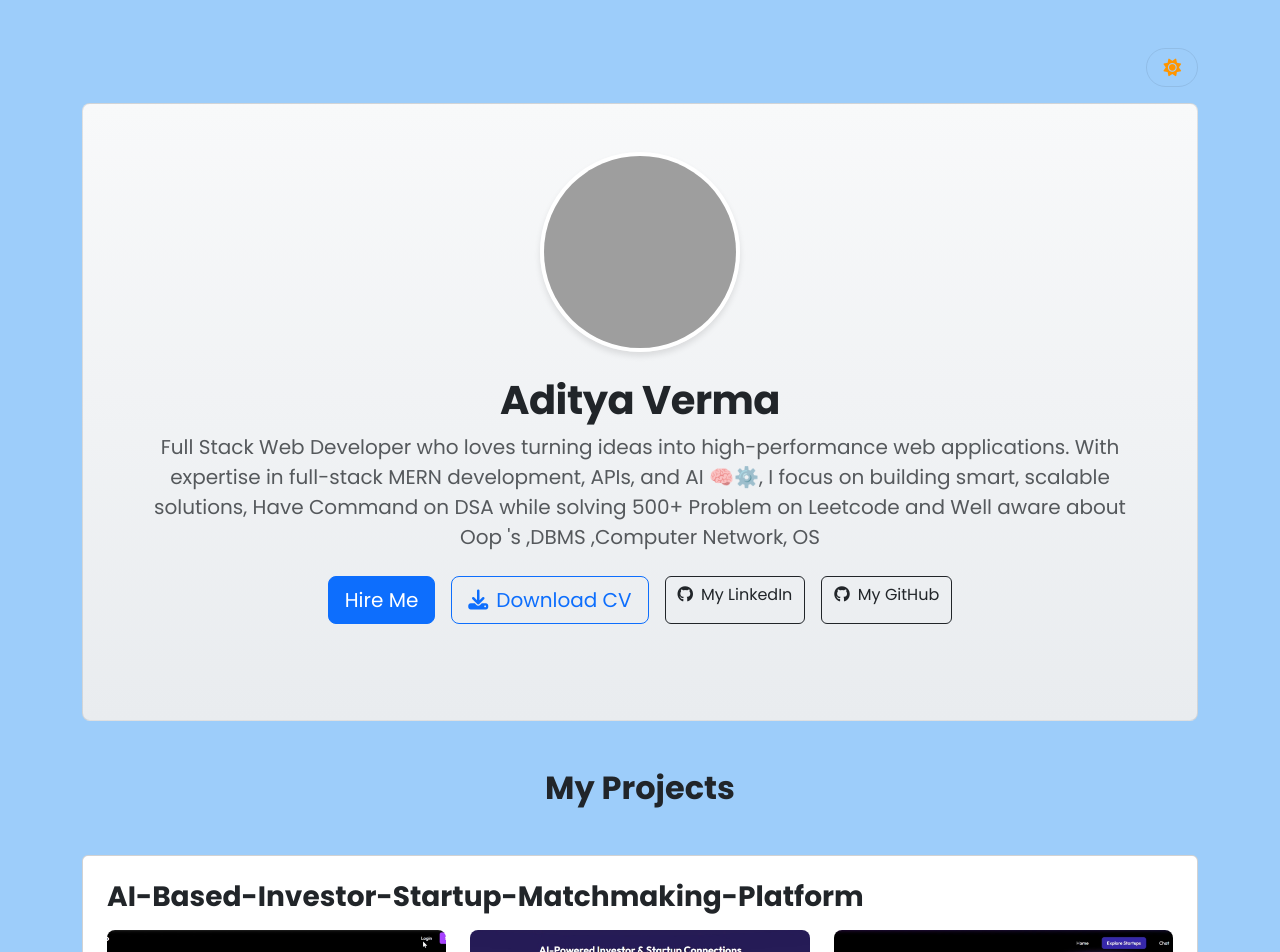
Repository: AdityaTech-Pro/Portfolio-Aditya-Verma
Page: Aditya Portfolio/index.html
The author's editor kept a copy of each file at every save. The page is drawn from the files as they stood at one save, then again after the next save.
The browser window is 1280 px wide. The pictures show the part of the page from y = 0 to 952 px (the page is 4999 px tall).
Pictures or frames that could not be fetched are drawn as grey boxes.

Above is the page before, as saved 2026-01-07 23:26:55.
Console error: TypeError: Cannot read properties of null (reading 'addEventListener')

### Aditya Portfolio/index.html
<!DOCTYPE html>
<html lang="en">

<head>
    <meta charset="UTF-8">
    <meta name="viewport" content="width=device-width, initial-scale=1.0">
    <title>My Portfolio - Bootstrap Utilities</title>
    <!-- Bootstrap CSS -->
    <link href="https://cdn.jsdelivr.net/npm/bootstrap@5.3.2/dist/css/bootstrap.min.css" rel="stylesheet">
    <!-- Font Awesome for icons -->
    <link rel="stylesheet" href="https://cdnjs.cloudflare.com/ajax/libs/font-awesome/6.4.2/css/all.min.css">
    <!-- Google Font: Poppins -->
    <link href="https://fonts.googleapis.com/css2?family=Poppins:wght@300;400;600;700&display=swap" rel="stylesheet">
    <!-- Local custom styles -->
    <link rel="stylesheet" href="styles.css">
    <style>
        /* Custom styles to complement Bootstrap */

         :root {
            --bg: #9dcdfa;
            --card-bg: #ffffff;
            --accent: #0d6efd;
            --text: #212529;
        }

        body {
            background-color: var(--bg);
            color: var(--text);
            transition: background-color 0.3s ease, color 0.3s ease;
        }

        .profile-section {
            background: linear-gradient(to bottom, #f8f9fa, #e9ecef);
            transition: transform 0.3s ease, background 0.3s ease;
        }
        /* Top bar with theme toggle */

        .topbar {
            display: flex;
            justify-content: flex-end;
            align-items: center;
            gap: 1rem;
            margin-bottom: 1rem;
        }

        .theme-toggle {
            display: inline-flex;
            align-items: center;
            gap: 0.5rem;
            background: transparent;
            border: 1px solid rgba(0, 0, 0, 0.08);
            padding: 0.6rem 1rem;
            border-radius: 999px;
            cursor: pointer;
            color: var(--text);
            transition: all 0.3s ease;
        }

        .theme-toggle:hover {
            background: rgba(0, 0, 0, 0.05);
            transform: translateY(-1px);
        }

        .theme-toggle:active {
            transform: translateY(1px);
        }

        .theme-toggle i {
            font-size: 1.1rem;
        }

        .theme-toggle .fa-sun {
            color: #ff9500;
        }

        .theme-toggle .fa-moon {
            display: none;
            color: #6366f1;
        }

        .dark-theme .theme-toggle .fa-sun {
            display: none;
        }

        .dark-theme .theme-toggle .fa-moon {
            display: inline-block;
        }

        .btn-custom {
            transition: transform 0.3s ease;
        }

        .btn-custom:hover {
            transform: translateY(-2px);
        }

        .form-control:focus {
            box-shadow: 0 0 0 0.25rem rgba(13, 110, 253, 0.2);
        }

        .profile-img {
            width: 200px;
            height: 200px;
            object-fit: cover;
            border: 4px solid white;
            box-shadow: 0 4px 6px rgba(0, 0, 0, 0.1);
            transition: transform 0.25s ease;
        }

        .profile-img:hover {
            transform: scale(1.03);
        }
        /* Dark theme overrides */

        body.dark-theme {
            --bg: #0f1724;
            --card-bg: #111827;
            --muted: #9ca3af;
            --accent: #60a5fa;
            --text: #e6eef8;
        }

        .dark-theme .profile-section {
            background: linear-gradient(180deg, rgba(255, 255, 255, 0.02), rgba(255, 255, 255, 0.01));
        }

        .dark-theme .bg-light {
            background-color: #0b1220 !important;
            color: var(--text) !important;
            border: 1px solid rgba(255, 255, 255, 0.04);
        }

        .dark-theme .text-muted {
            color: var(--muted) !important;
        }

        .dark-theme .theme-toggle {
            border-color: rgba(255, 255, 255, 0.1);
        }

        .dark-theme .theme-toggle:hover {
            background: rgba(255, 255, 255, 0.05);
        }
        /* Small polish */

        .max-width-500 {
            max-width: 500px;
        }

        footer a {
            color: inherit;
        }

        @media (max-width: 768px) {
            .profile-img {
                width: 150px;
                height: 150px;
            }
            .topbar {
                justify-content: center;
            }
        }
        /* Project section styles */

        .project-img {
            height: 250px;
            object-fit: cover;
            border-radius: 8px;
        }

        .project-card {
            transition: transform 0.3s ease;
            background: var(--card-bg);
        }

        .project-card:hover {
            transform: translateY(-5px);
        }

        .project-links a {
            transition: opacity 0.3s ease;
        }

        .project-links a:hover {
            opacity: 0.8;
        }

        .video-container {
            position: relative;
            padding-bottom: 56.25%;
            /* 16:9 aspect ratio */
            height: 0;
            overflow: hidden;
            border-radius: 8px;
        }

        .video-container iframe {
            position: absolute;
            top: 0;
            left: 0;
            width: 100%;
            height: 100%;
            border: 0;
        }
    </style>
</head>

<body>
    <!-- Main Container -->
    <div class="container py-5">
        <!-- Top bar: theme toggle and quick actions -->
        <div class="topbar">
            <button id="themeToggle" class="theme-toggle" aria-pressed="false" aria-label="Toggle dark mode">
                <i class="fas fa-sun" aria-hidden="true"></i>
                <i class="fas fa-moon" aria-hidden="true"></i>
                <span class="visually-hidden">Toggle theme</span>
            </button>
        </div>
        <!-- Profile Section -->
        <section class="profile-section p-5 rounded-3 text-center mb-5">
            <img src="https://avatars.githubusercontent.com/u/219658559?s=400&u=7e5a78b2bf82817b3f897e4e53b1019b24af58ee&v=4" alt="Profile Picture" class="profile-img img-fluid rounded-circle mb-4">

            <h1 class="fw-bold mb-2">Aditya Verma</h1>
            <p class="text-muted fs-5 mb-4">Full Stack Web Developer who loves turning ideas into high-performance web applications. With expertise in full-stack MERN development, APIs, and AI 🧠⚙️, I focus on building smart, scalable solutions, Have Command on DSA while solving 500+
                Problem on Leetcode and Well aware about Oop 's ,DBMS ,Computer Network, OS</p>

            <!-- Action Buttons -->
            <div class="d-flex justify-content-center gap-3 mb-5">
                <button class="btn btn-primary btn-lg btn-custom">
                    Hire Me
                </button>
                <a href="./assets/Updated_Aditya_2Resume_by GLAFormat.pdf" class="btn btn-outline-primary btn-lg btn-custom" download>
                    <i class="fas fa-download me-2"></i>Download CV
                </a>
                <a href="www.linkedin.com/in/9905adityaverma" class="btn btn-outline-dark " target="_blank ">
                    <i class="fab fa-github me-2 "></i>My LinkedIn
                </a>
                <a href="https://github.com/AdityaTech-Pro" class="btn btn-outline-dark " target="_blank ">
                    <i class="fab fa-github me-2 "></i>My GitHub
                </a>

            </div>
        </section>

        <!-- Projects Section -->
        <section class="mb-5">
            <h2 class="text-center fw-bold mb-5"> My Projects</h2>

            <!--Project1-->
            <div class="card project-card mb-5">
                <div class="card-body p-4">
                    <h3 class="card-title fw-bold mb-3">AI-Based-Investor-Startup-Matchmaking-Platform</h3>

                    <!-- Project Images -->
                    <div class="row g-4 mb-4">
                        <div class="col-md-4">
                            <img src="./assets/P1a.png" alt="Project Screenshot 1" class="project-img img-fluid w-100">
                        </div>
                        <div class="col-md-4">
                            <img src="./assets/P1b.png" alt="Project Screenshot 2" class="project-img img-fluid w-100">
                        </div>
                        <div class="col-md-4">
                            <img src="./assets/P1c.png" alt="Project Screenshot 3" class="project-img img-fluid w-100">
                        </div>
                    </div>

                    <!-- Project Video -->
                    <div class="video-container mb-4">
                        <iframe src="./assets/Project (AI based S&IP).mp4" title="Project Demo " allow="accelerometer; autoplay; clipboard-write; encrypted-media; gyroscope; picture-in-picture " allowfullscreen></iframe>
                    </div>

                    <!-- Project Description -->
                    <p class="card-text mb-4 ">
                        An innovative platform that uses artificial intelligence to match investors with promising startups based on various parameters including industry focus, investment stage, funding requirements, and growth metrics.
                    </p>

                    <!-- Project Links -->
                    <div class="project-links d-flex gap-3 ">
                        <a href="http://localhost:3000 " class="btn btn-outline-primary " target="_blank ">
                            <i class="fas fa-laptop-code me-2 "></i>Live Demo
                        </a>
                        <a href="https://github.com/KS-Vijay/AI-Based-Investor-Startup-Matchmaking-Platform " class="btn btn-outline-dark " target="_blank ">
                            <i class="fab fa-github me-2 "></i>GitHub Repository
                        </a>
                    </div>
                </div>
            </div>

            <!--Project2-->
            <div class="card project-card mb-5 ">
                <div class="card-body p-4 ">
                    <h3 class="card-title fw-bold mb-3 ">Lung Cancer Detection using Convolutional Neural Network (CNN)</h3>

                    <!-- Project Images -->
                    <div class="row g-4 mb-4 ">
                        <div class="col-md-4 ">
                            <img src="./assets/P2a.png " alt="Project Screenshot 1 " class="project-img img-fluid w-100 ">
                        </div>
                        <div class="col-md-4 ">
                            <img src="./assets/P2b.png " alt="Project Screenshot 2 " class="project-img img-fluid w-100 ">
                        </div>
                        <div class="col-md-4 ">
                            <img src="./assets/P2c.png " alt="Project Screenshot 3 " class="project-img img-fluid w-100 ">
                        </div>
                    </div>

                    <!-- Project Video -->
                    <div class="video-container mb-4 ">
                        <iframe src="./assets/Project Lung Cancer Detection using Full Stack MERN and AIML CNN Model.mp4 " title="Project Demo " allow="accelerometer; autoplay; clipboard-write; encrypted-media; gyroscope; picture-in-picture " allowfullscreen></iframe>
                    </div>

                    <!-- Project Description -->
                    <p class="card-text mb-4 ">
                        An innovative platform that uses artificial intelligence to match investors with promising startups based on various parameters including industry focus, investment stage, funding requirements, and growth metrics.
                    </p>

                    <!-- Project Links -->
                    <div class="project-links d-flex gap-3 ">
                        <a href="http://localhost:3000 " class="btn btn-outline-primary " target="_blank ">
                            <i class="fas fa-laptop-code me-2 "></i>Live Demo
                        </a>
                        <a href="https://github.com/AdityaTech-Pro/Lung-Cancer-Detection-using-Convolutional-Neural-Network" class="btn btn-outline-dark " target="_blank ">
                            <i class="fab fa-github me-2 "></i>GitHub Repository
                        </a>
                    </div>
                </div>
            </div>

            <!--Project3-->
            <div class="card project-card mb-5 ">
                <div class="card-body p-4 ">
                    <h3 class="card-title fw-bold mb-3 ">Braj Museum</h3>

                    <!-- Project Images -->
                    <div class="row g-4 mb-4 ">
                        <div class="col-md-4 ">
                            <img src="./assets/P3a.png " alt="Project Screenshot 1 " class="project-img img-fluid w-100 ">
                        </div>
                        <div class="col-md-4 ">
                            <img src="./assets/P3b.png " alt="Project Screenshot 2 " class="project-img img-fluid w-100 ">
                        </div>
                        <div class="col-md-4 ">
                            <img src="./assets/P3c.png " alt="Project Screenshot 3 " class="project-img img-fluid w-100 ">
                        </div>
                    </div>

                    <!-- Project Video -->
                    <div class="video-container mb-4 ">
                        <iframe src="./assets/Braj-Museum.mp4 " title="Project Demo " allow="accelerometer; autoplay; clipboard-write; encrypted-media; gyroscope; picture-in-picture " allowfullscreen></iframe>
                    </div>

                    <!-- Project Description -->
                    <p class="card-text mb-4 ">
                        An innovative platform that uses artificial intelligence to match investors with promising startups based on various parameters including industry focus, investment stage, funding requirements, and growth metrics.
                    </p>

                    <!-- Project Links -->
                    <div class="project-links d-flex gap-3 ">
                        <a href="http://localhost:3000 " class="btn btn-outline-primary " target="_blank ">
                            <i class="fas fa-laptop-code me-2 "></i>Live Demo
                        </a>
                        <a href="https://github.com/AdityaTech-Pro/Braj-Museum " class="btn btn-outline-dark " target="_blank ">
                            <i class="fab fa-github me-2 "></i>GitHub Repository
                        </a>
                    </div>
                </div>
            </div>
        </section>

        <!-- Contact Form Section -->
        <section class="bg-light p-5 rounded-3 ">
            <h2 class="text-center fw-bold mb-4 ">Get in Touch</h2>

            <form class="max-width-500 mx-auto ">
                <div class="mb-3 ">
                    <input type="text " class="form-control form-control-lg " placeholder="Your Name " required>
                </div>

                <div class="mb-3 ">
                    <input type="email " class="form-control form-control-lg " placeholder="Your Email " required>
                </div>

                <div class="mb-4 ">
                    <textarea class="form-control form-control-lg " rows="4 " placeholder="Your Message " required></textarea>
                </div>

                <div class="text-center ">
                    <button type="submit " class="btn btn-primary btn-lg px-5 btn-custom ">
                        Send Message
                    </button>
                </div>
            </form>
        </section>

        <!-- Footer -->
        <footer class="text-center mt-5 ">
            <div class="d-flex justify-content-center gap-3 ">
                <a href="https://www.linkedin.com/in/aditya-verma-2a3915289/ " class="text-decoration-none text-dark ">LinkedIn</a>
                <a href="https://github.com/AdityaTech-Pro " class="text-decoration-none text-dark ">GitHub</a>
                <a href="# " class="text-decoration-none text-dark "></a>
            </div>
            <p class="text-muted mt-3 ">&copy; 2025 My Portfolio. All rights reserved.</p>
        </footer>
    </div>

    <!-- Theme toggle script -->
    <script>
        (function() {
            const toggle = document.getElementById('themeToggle ');
            const body = document.body;
            const saved = localStorage.getItem('theme ');

            function applyTheme(theme) {
                if (theme === 'dark ') {
                    body.classList.add('dark-theme ');
                    toggle.setAttribute('aria-pressed ', 'true ');
                } else {
                    body.classList.remove('dark-theme ');
                    toggle.setAttribute('aria-pressed ', 'false ');
                }
            }

            // initial theme: saved -> user preference -> light
            if (saved) {
                applyTheme(saved);
            } else if (window.matchMedia && window.matchMedia('(prefers-color-scheme: dark) ').matches) {
                applyTheme('dark ');
            }

            toggle.addEventListener('click ', function() {
                const isDark = body.classList.toggle('dark-theme ');
                localStorage.setItem('theme ', isDark ? 'dark ' : 'light ');
                toggle.setAttribute('aria-pressed ', String(isDark));
            });
        })();
    </script>

    <!-- Bootstrap JS -->
    <script src="https://cdn.jsdelivr.net/npm/bootstrap@5.3.2/dist/js/bootstrap.bundle.min.js "></script>
</body>

</html>

### Aditya Portfolio/styles.css
/* Custom styles to enhance Bootstrap */

/* Body and general styles */
body {
    font-family: 'Poppins', 'Segoe UI', system-ui, -apple-system, sans-serif;
    background-color: #ffffff;
}

/* Container max-width for larger screens */
.container {
    max-width: 1140px;
}

/* Profile section styling */
.profile-section {
    background: linear-gradient(135deg, #f8f9fa 0%, #e9ecef 100%);
    border: 1px solid rgba(0, 0, 0, 0.1);
    transition: transform 0.3s ease;
}

.profile-section:hover {
    transform: translateY(-5px);
}

/* Profile image styling */
.profile-img {
    width: 200px;
    height: 200px;
    object-fit: cover;
    border: 4px solid white;
    box-shadow: 0 4px 15px rgba(0, 0, 0, 0.1);
    transition: transform 0.3s ease;
}

.profile-img:hover {
    transform: scale(1.05);
}

/* Button enhancements */
.btn-custom {
    transition: all 0.3s ease;
    position: relative;
    overflow: hidden;
}

.btn-custom:hover {
    transform: translateY(-2px);
    box-shadow: 0 5px 15px rgba(0, 0, 0, 0.1);
}

.btn-custom:active {
    transform: translateY(0);
}

/* Form styling */
.form-control {
    border: 2px solid #dee2e6;
    transition: all 0.3s ease;
}

.form-control:focus {
    border-color: #0d6efd;
    box-shadow: 0 0 0 0.25rem rgba(13, 110, 253, 0.2);
}

.form-control::placeholder {
    color: #adb5bd;
}

/* Social links styling */
.social-links a {
    transition: color 0.3s ease, transform 0.15s ease;
    color: #0d6efd;
    font-weight: 700;
}

.social-links a:hover {
    color: #0b5ed7 !important;
    transform: translateY(-1px);
}

/* Custom animations */
@keyframes fadeInUp {
    from {
        opacity: 0;
        transform: translateY(20px);
    }
    to {
        opacity: 1;
        transform: translateY(0);
    }
}

.profile-section, .contact-form {
    animation: fadeInUp 0.5s ease-out forwards;
}

/* Form success state */
.form-control:valid {
    border-color: #198754;
}

/* Custom section styling */
.custom-section {
    border-radius: 15px;
    overflow: hidden;
}

/* Typography enhancements */
h1 {
    letter-spacing: -0.5px;
}

.tagline {
    font-size: 1.25rem;
    color: #6c757d;
}

/* Responsive adjustments */
@media (max-width: 768px) {
    .profile-img {
        width: 150px;
        height: 150px;
    }

    .btn-custom {
        width: 100%;
        margin-bottom: 0.5rem;
    }

    .profile-section {
        padding: 2rem !important;
    }
}

/* Dark mode support */
@media (prefers-color-scheme: dark) {
    body {
        background-color: #212529;
        color: #f8f9fa;
    }

    .profile-section {
        background: linear-gradient(135deg, #343a40 0%, #212529 100%);
    }

    .form-control {
        background-color: #343a40;
        border-color: #495057;
        color: #f8f9fa;
    }

    .form-control::placeholder {
        color: #6c757d;
    }

    .bg-light {
        background-color: #343a40 !important;
    }

    .text-dark {
        color: #f8f9fa !important;
    }
}

/* When user toggles dark-theme via JS */
.dark-theme .social-links a {
    color: #93c5fd;
}

.dark-theme .social-links a:hover {
    color: #60a5fa !important;
}

/* Handle anchors that also carry Bootstrap's .text-dark (which uses !important) */
.social-links a.text-dark {
    color: #0d6efd !important;
    font-weight: 700;
}

.dark-theme .social-links a.text-dark {
    color: #93c5fd !important;
}

/* Loading animation */
.page-loading {
    opacity: 0;
    animation: fadeIn 0.5s ease-out forwards;
}

@keyframes fadeIn {
    to {
        opacity: 1;
    }
}

/* Custom scrollbar */
::-webkit-scrollbar {
    width: 10px;
}

::-webkit-scrollbar-track {
    background: #f1f1f1;
}

::-webkit-scrollbar-thumb {
    background: #888;
    border-radius: 5px;
}

::-webkit-scrollbar-thumb:hover {
    background: #555;
}

After the next save:
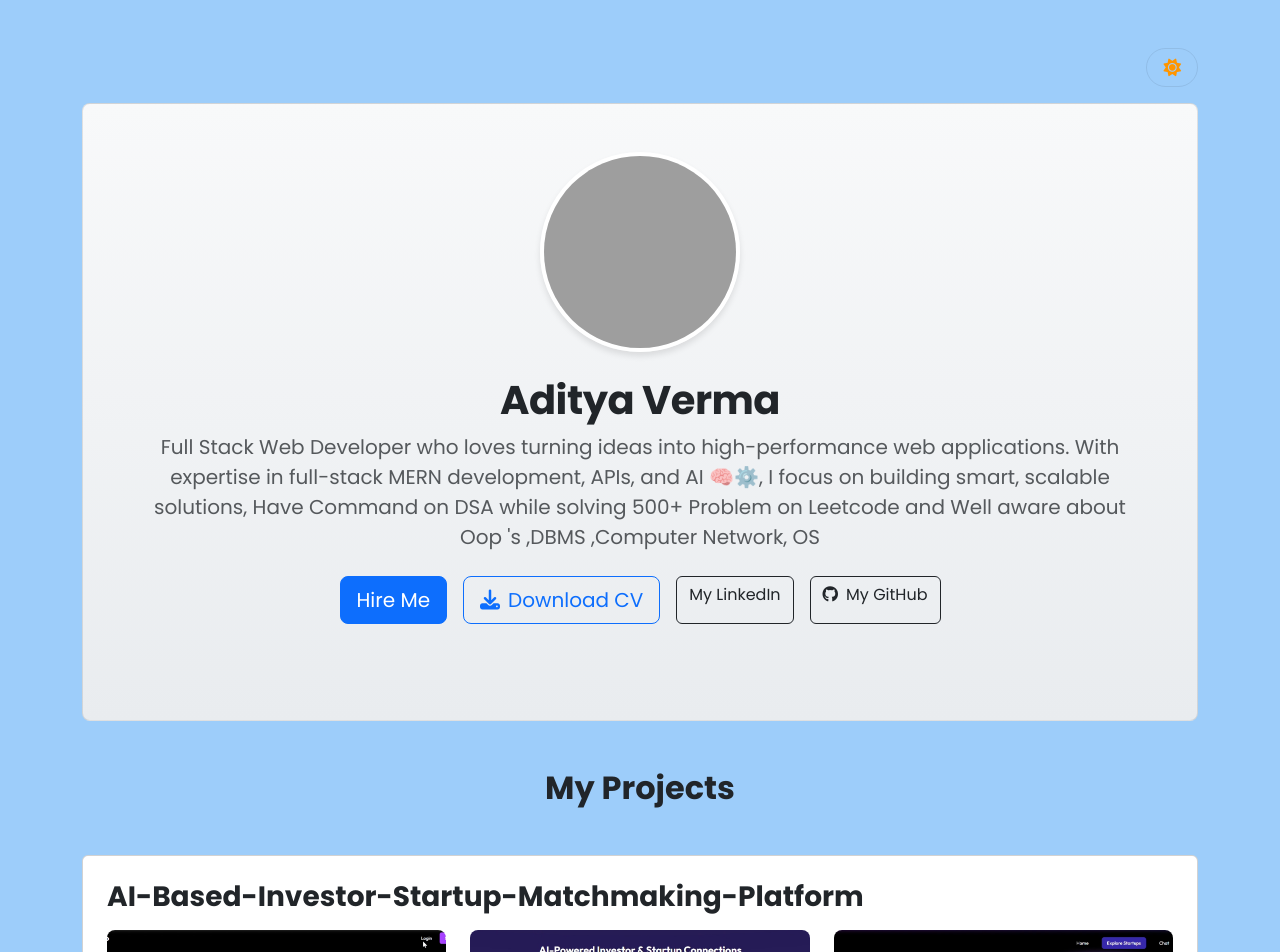
Saved 52 s later.
--- a/Aditya Portfolio/index.html
+++ b/Aditya Portfolio/index.html
@@ -233,7 +233,7 @@
                     <i class="fas fa-download me-2"></i>Download CV
                 </a>
                 <a href="www.linkedin.com/in/9905adityaverma" class="btn btn-outline-dark " target="_blank ">
-                    <i class="fab fa-github me-2 "></i>My LinkedIn
+                    <i class="fa:linkedin-square "></i>My LinkedIn
                 </a>
                 <a href="https://github.com/AdityaTech-Pro" class="btn btn-outline-dark " target="_blank ">
                     <i class="fab fa-github me-2 "></i>My GitHub
